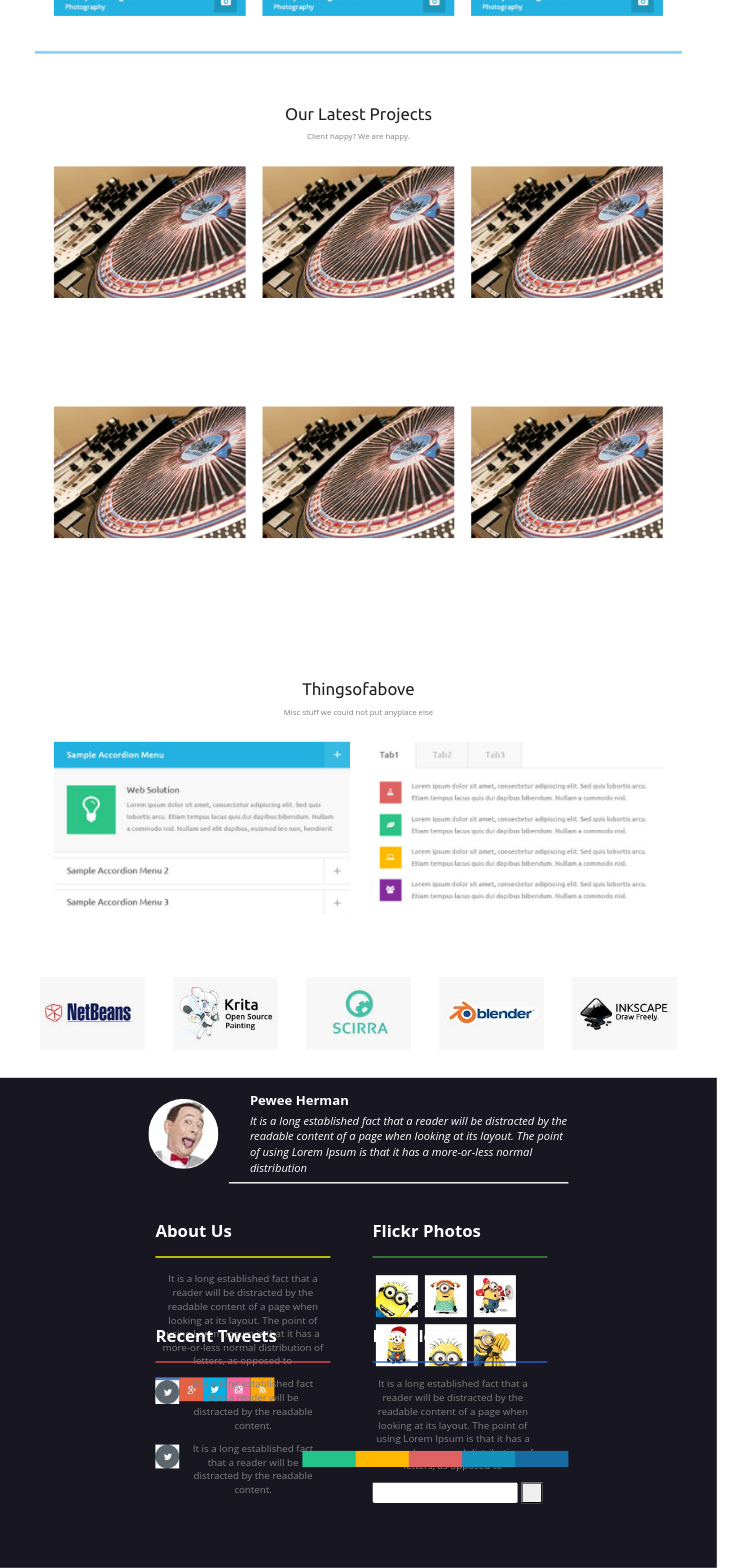
Repository: RenataDzotova/Metrolics-Renata-Beyonce
Page: index.html
An editor plug-in stored every save of this project. The page is shown before and after the next save, followed by the edit.
The browser window is 1024 px wide. The page is 1062 px wide, so the pictures cover 1062 px, including what lies to the right of the window. The pictures show the part of the page from y = 1634 to 3874 px (the page is 3874 px tall), at 70% of full size.
Some web fonts or font styles are not loaded; a fallback is used.

Above is the page before, as saved 2022-02-02 18:01:22.

### index.html
<!doctype html>
<html class="no-js" lang="">

<head>
  <meta charset="utf-8">
  <title>Metrolics</title>
  <meta name="description" content="">
  <meta name="viewport" content="width=device-width, initial-scale=1">

  <meta property="og:title" content="">
  <meta property="og:type" content="">
  <meta property="og:url" content="">
  <meta property="og:image" content="">

  <link rel="manifest" href="site.webmanifest">
  <link rel="apple-touch-icon" href="icon.png">
  <!-- Place favicon.ico in the root directory -->

  <link rel="preconnect" href="https://fonts.googleapis.com">
  <link rel="preconnect" href="https://fonts.gstatic.com" crossorigin>
  <link href="https://fonts.googleapis.com/css2?family=Chewy&family=Gluten:wght@600&family=Ubuntu:wght@300;400&display=swap" rel="stylesheet">
  <link rel="stylesheet" href="css/normalize.css">
  <link rel="stylesheet" href="css/main.css">
  <link rel="stylesheet" href="css/renata.css">

  <meta name="theme-color" content="#fafafa">
</head>

<body>

    <div class = "header">
        <div class = "navBar">
            <div class = "logo"> <img src = "photos/logo.jpg" alt = "logo"> </div>
            <div class="home"><img src="https://img.icons8.com/material-rounded/38/ffffff/home-page.png"/>Home</div>
            <div class="pages"><img src="https://img.icons8.com/windows/38/ffffff/code-fork--v1.png"/>Pages</div>
            <div class="blog"><img src="https://img.icons8.com/windows/38/ffffff/megaphone.png"/>Blog</div>
            <div class="portfolio"><img src="https://img.icons8.com/windows/38/ffffff/suitcase.png"/>Portfolio</div>
            <div class="contact"><img src="https://img.icons8.com/windows/38/ffffff/secured-letter--v1.png"/>Home</div>
        </div>
        <div class = "minions">
            <div class = "minions-div"><img src = "photos/Screen Shot 2022-01-25 at 2.02.28 PM.png" alt = "minion picture"></div>

        </div>
        <div class = "arrowOne"></div>
                <div class = "three-items">
                    <div class = "first-item">Metro Style</div>
                    <div class = "second-item">Retina Ready</div>
                    <div class = "third-item">Responsive Design</div>
                </div>
        <div class = "arrowTwo"></div>
    </div>


    <div class="MainContent">
        <div class= "page__intro">
            <div class="row">
                <h1 class="heading">
                    Hey guys! This is the Metrolics theme. It sports a responsive layout with a mobile layout.
                </h1>
            </div>
        </div>

        <section class="about">
            <div class="row l-col-4">
                    <div class="column span-full">
                        <h2 class="heading">
                            Things That We Do
                        </h2>
                        <p>Ask us what we can do for you</p>
                    </div>
                    <div class="column">
                        <figure class="project">
                            <img class="imgs" src="img/Bulb.png">
                            <h3 class="heading">Web Solutions</h3>
                            <p>We are a fairly small, flexible design studio that designs for print and web. We work flexibly with clients to fulfil their design needs. Whether you need to create a brand from scratch, including marketing materials and a beautiful and functional website or whether you are looking for a design refresh we are confident you will be pleased with the results.</p>
                        </figure>
                    </div>
                    <div class="column">
                        <figure class="project">
                            <img class="imgs" src="img/Pic.png">
                            <h3 class="heading">Photography</h3>
                            <p>We are a fairly small, flexible design studio that designs for print and web. We work flexibly with clients to fulfil their design needs. Whether you need to create a brand from scratch, including marketing materials and a beautiful and functional website or whether you are looking for a design refresh we are confident you will be pleased with the results.</p>
                        </figure>
                    </div>
                    <div class="column">
                        <figure class="project">
                            <img class="imgs" src="img/Gear.png">
                            <h3 class="heading">Web Developement</h3>
                            <p>We are a fairly small, flexible design studio that designs for print and web. We work flexibly with clients to fulfil their design needs. Whether you need to create a brand from scratch, including marketing materials and a beautiful and functional website or whether you are looking for a design refresh we are confident you will be pleased with the results.</p>
                        </figure>
                    </div>
                    <div class="column">
                        <figure class="project">
                            <img class="imgs" src="img/Pencil.png">
                            <h3 class="heading">Web Design</h3>
                            <p>We are a fairly small, flexible design studio that designs for print and web. We work flexibly with clients to fulfil their design needs. Whether you need to create a brand from scratch, including marketing materials and a beautiful and functional website or whether you are looking for a design refresh we are confident you will be pleased with the results.</p>
                        </figure>
                    </div>
                </div>
        </section>

        <section class="projects--new">
            <div class="row m-col-2 l-col-3">
                <div class="column span-full">
                    <h2 class="heading">
                        What's Up Lately?
                    </h2>
                    <p>Read up on our latest work<p>
                </div>
                <div class="column special-project">
                    <figure class="project">
                        <img src="img/Image-More.png" alt="Sample Image Post">
                    </figure>
                </div>
                <div class="column">
                    <figure class="project">
                        <img src="img/Image-More.png" alt="Sample Image Post">
                    </figure>
                </div>
                <div class="column">
                    <figure class="project">
                        <img src="img/Image-More.png" alt="Sample Image Post">
                    </figure>
                </div>
            </div>
        </section>
        <hr>
        <section class="projects">
            <div class="row m-col-2 l-col-3">
                <div class="column span-full">
                    <h2 class="heading">
                        Our Latest Projects
                    </h2>
                    <p>Client happy? We are happy.</p>
                </div>
                <div class="column">
                    <figure class="project">
                        <img src="img/Image.png" alt="Sample Image Post">
                        <div class="text"> <h4>Sample Image Post</h4> <h5>Photography</h5></div>
                        <div class="textimg"><img src="img/box.png"></div>
                    </figure>
                </div>
                <div class="column">
                    <figure class="project">
                        <img src="img/Image.png" alt="Sample Image Post">
                        <div class="text"> <h4>Sample Image Post</h4> <h5>Photography</h5></div>
                        <div class="textimg"><img src="img/box.png"></div>
                    </figure>
                </div>
                <div class="column">
                    <figure class="project">
                        <img src="img/Image.png" alt="Sample Image Post">
                        <div class="text"> <h4>Sample Image Post</h4> <h5>Photography</h5></div>
                        <div class="textimg"><img src="img/box.png"></div>
                    </figure>
                </div>
                <div class="column">
                    <figure class="project">
                        <img src="img/Image.png" alt="Sample Image Post">
                        <div class="text"> <h4>Sample Image Post</h4> <h5>Photography</h5></div>
                        <div class="textimg"><img src="img/box.png"></div>
                    </figure>
                </div>
                <div class="column">
                    <figure class="project">
                        <img src="img/Image.png" alt="Sample Image Post">
                        <div class="text"> <h4>Sample Image Post</h4> <h5>Photography</h5></div>
                        <div class="textimg"><img src="img/box.png"></div>
                    </figure>
                </div>
                <div class="column">
                    <figure class="project">
                        <img src="img/Image.png" alt="Sample Image Post">
                        <div class="text"> <h4>Sample Image Post</h4> <h5>Photography</h5></div>
                        <div class="textimg"><img src="img/box.png"></div>
                    </figure>
                </div>
            </div>
        </section>

        <section class="thingsofabove .s-hide">
            <div class="row l-col-2">
                <div class="column span-full">
                    <h2 class="heading">
                        Thingsofabove
                    </h2>
                    <p>Misc stuff we could not put anyplace else</p>
                </div>
                <div class="column">
                    <figure class="project">
                        <img src="img/Acordian.png" alt="Sample Image Post">
                    </figure>
                </div>
                <div class="column">
                    <figure class="project">
                        <img src="img/Tabs.png" alt="Sample Image Post">
                    </figure>
                </div>
            </div>
        </section>
  </div>

  <div class = "footer">
    <div class = "partners-logos">
        <div><img src = "photos/Client.jpg" alt = "partners"></div>
        <div><img src = "photos/krita.jpg" alt = "partners"></div>
        <div><img src = "photos/Scirra.jpg" alt = "partners"></div>
        <div><img src = "photos/blender.jpg" alt = "partners"></div>
        <div><img src = "photos/inkscape.jpg" alt = "partners"></div>
    </div>
    <div class = "footer-black">
        <div class = "footerBlack_content">
                <div class = "PeweeHerman">
                    <div class = "photo"><img src = "photos/portrait.jpg" alt = "photo"></div>
                    <div class = "text">
                        <h3>Pewee Herman</h3>
                        <i>It is a long established fact that a reader will be distracted by the readable content of a page when looking at its layout. The point of using Lorem Ipsum is that it has a more-or-less normal distribution </i>
                    </div>
                </div>
                <div class = "info-blocks">
                    <div class = "blockOne">
                        <div class = "textAbout"><h2>About Us</h2></div>
                        <p>It is a long established fact that a reader will be distracted by the readable content of a page when looking at its layout. The point of using Lorem Ipsum is that it has a more-or-less normal distribution of letters, as opposed to</p>
                        <div class = "social-media-icons">
                            <img src = "photos/btn-facebook.jpg" alt = "icon">
                            <img src = "photos/btn-google+.jpg" alt = "icon">
                            <img src = "photos/btn-twitter.jpg" alt = "icon">
                            <img src = "photos/btn-instagram.jpg" alt = "icon">
                            <img src = "photos/btn-rss.jpg" alt = "icon">
                        </div>
                    </div>
                    <div class = "blockTwo">
                        <div class = "textPhotos"><h2>Flickr Photos</h2></div>
                            <div class = "minion-pictures">
                                <img src = "photos/minion1.jpg" alt = "minion">
                                <img src = "photos/minion2.jpg" alt = "minion">
                                <img src = "photos/minion3.jpg" alt = "minion">
                                <img src = "photos/minion4.jpg" alt = "minion">
                                <img src = "photos/minion5.jpg" alt = "minion">
                                <img src = "photos/minion6.jpg" alt = "minion">
                            </div>
                    </div>
                    <div class = "blockThree">
                        <div class = "textTweets"><h2>Recent Tweets</h2></div>
                        <div class = "tweets">
                            <img src = "photos/icon-tweet.jpg" alt = "twitter-logo">
                            <p>It is a long established fact that a reader will be distracted by the readable content.</p>
                        </div>
                        <div class = "tweets">
                            <img src = "photos/icon-tweet.jpg" alt = "twitter-logo">
                            <p>It is a long established fact that a reader will be distracted by the readable content.</p>
                        </div>
                    </div>
                    <div class = "blockFour">
                        <div class = "textForm"><h2>Newsletter</h2></div>
                        <p>It is a long established fact that a reader will be distracted by the readable content of a page when looking at its layout. The point of using Lorem Ipsum is that it has a more-or-less normal distribution of letters, as opposed to</p>
                        <div class = "form">
                            <input type="email" id="email" name="email">
                            <button type="button"></button>
                        </div>
                    </div>

                </div>
                <div class = "colorfulThing">
                    <div><img src = "photos/coloured bars.jpg" alt = "blocks"></div>
                </div>
        </div>
</div>





  <script src="js/vendor/modernizr-3.11.2.min.js"></script>
  <script src="js/plugins.js"></script>
  <script src="js/main.js"></script>

  <!-- Google Analytics: change UA-XXXXX-Y to be your site's ID. -->
  <script>
    window.ga = function () { ga.q.push(arguments) }; ga.q = []; ga.l = +new Date;
    ga('create', 'UA-XXXXX-Y', 'auto'); ga('set', 'anonymizeIp', true); ga('set', 'transport', 'beacon'); ga('send', 'pageview')
  </script>
  <script src="https://www.google-analytics.com/analytics.js" async></script>
</body>

</html>

### css/renata.css
/* /////////////    THIS IS THE HEADER    ///////////// */

.header{
    display:flex;
    justify-content: center;
    align-items: center;
    flex-direction: column;
  }






  /* ////////////   NAVBAR    */
  .navBar{
    display: flex;
    flex-direction: row;
    justify-content: center;
    align-items: center;
    width: 1000px;
  }


  /* //////  nav bar icons and img /////// */
  .navBar .logo{
    margin: 0 40px 0 0;
  }

  .home img, .pages img, .blog img, .portfolio img, .contact img{
    width: 30px;
}

  .navBar .home{
    background-color: rgb(71, 148, 71);
    width: 100px;
    height: 100px;
    color: white;
    display: flex;
    flex-direction: column;
    justify-content: center;
    align-items: center;
  }

  .navBar .pages{
    background-color: rgb(236, 226, 77);
    width: 100px;
    height: 100px;
    color: white;
    display: flex;
    flex-direction: column;
    justify-content: center;
    align-items: center
  }

  .navBar .blog{
    background-color: rgb(236, 76, 76);
    width: 100px;
    height: 100px;
    color: white;
    display: flex;
    flex-direction: column;
    justify-content: center;
    align-items: center
  }

  .navBar .portfolio{
    background-color: rgb(99, 205, 212);
    width: 100px;
    height: 100px;
    color: white;
    display: flex;
    flex-direction: column;
    justify-content: center;
    align-items: center
  }

  .navBar .contact{
    background-color: rgb(34, 97, 214);
    width: 100px;
    height: 100px;
    color: white;
    display: flex;
    flex-direction: column;
    justify-content: center;
    align-items: center
  }






  /* //////  minion picture section  /////// */
  .minions{
    background-color: rgb(187, 187, 187);
    width: 100%;
    display: flex;
    justify-content: center;
    align-items:center;
    flex-direction: column;
  }

  .minions img{
      width: 1100px;
  }



  /* /////   text and arrows on minion picture  /////// */
  .first-item, .second-item, .third-item{
    background-color: lightgray;
    opacity: 50%;
    width: 170px;
    height: 35px;
    margin: 2px;
    top: -280px;
    left: -300px;
    padding-left: 10px;

  }

  .minions .three-items p{
    opacity: 100%;
  }

  .first-item{
    border-left:rgb(34, 97, 214) 5px solid;
    position: relative;
  }
  .second-item{
    border-left:rgb(236, 76, 76) 5px solid;
    position: relative;
  }
  .third-item{
    border-left:rgb(236, 226, 77)5px solid;
    position: relative;
  }









/* //////////////  logo pictures above footer ////////// */
  .partners-logos{
    display: flex;
    flex-direction: row;
    align-items: center;
    justify-content: center;
  }

  .partners-logos img{
    margin: 40px 20px 40px 20px;
    width: 150px;
  }







  /* ///////////     FOOTER      /////////  */

  .footer-black{
    background-color: rgb(24, 22, 32);
    display: flex;
    flex-direction: column;
    align-items: center;
    justify-content: center;
    height: 530px;
  }

  .footerBlack_content{
    width: 1000px;
    height: 450px;
    margin: 0px;
  }





  /* ////////// Pewee Herman Section ////////// */
  .PeweeHerman{
    display: flex;
    flex-direction: row;
    width: 1000px;
  }

  .PeweeHerman img{
    border-radius: 50%;
    margin: 30px 15px 20px 0;
    width: 100px;
  }

  .PeweeHerman .text{
    color: white;
    padding-bottom: 10px;
    margin-bottom: 20px;
    padding-left: 30px;
  }




  /* ////////// information blocks ////////// */

  .info-blocks h3{
    margin-bottom: 30px;
  }

  .text > h3{
    margin-bottom: 5px;
  }

  .info-blocks{
    display: flex;
    flex-direction: row;
    align-content: flex-start;
    width: 1000px;
  }

  .info-blocks p{
    font-size: 14px;
    margin-top: 0;
    padding-right: 20px;
  }

  .info-blocks div{
    width: 250px;
  }





  /* ///////  block one  ////// */
  .info-blocks .blockOne{
    display: flex;
    flex-direction: column;
    color:  white;
    width: 25%;
  }

  .info-blocks .social-media-icons{
    display: flex;
    flex-direction: row;
    width: 160px;
  }

  .textAbout{
    border-bottom: yellow 2px solid;
    margin-bottom: 20px;
  }





  /* ////// block two  //////// */
  .info-blocks .blockTwo{
    display: flex;
    flex-direction: column;
    color:  white;
    width: 25%;
  }

  .blockTwo .minion-pictures{
    display: flex;
    flex-direction: row;
    flex-wrap: wrap;
    width: 250px;
    height: 100px;
  }

  .blockTwo .minion-pictures>img{
    margin: 5px;
    width: 60px;
    height: 60px;
  }

  .textPhotos{
    border-bottom: rgb(71, 148, 71) 2px solid;
    margin-bottom: 20px;
  }





  /* ///////// block three  ///////// */
  .info-blocks .blockThree{
    display: flex;
    flex-direction: column;
    color: white;
  }

  .blockThree .tweets{
    display: flex;
    flex-direction: row;
  }

  .blockThree .tweets img{
    width: 34px;
    height: 34px;
    margin: 5px 15px 0 0;
  }

  .blockThree .tweets p{
    margin-top: 0px;
  }

  .textTweets{
    border-bottom: rgb(236, 76, 76) 2px solid;
    margin-bottom: 20px;
  }





  /* //////   block four   ///////// */
  .info-blocks .blockFour{
    display: flex;
    flex-direction: column;
    color: white;
  }


  .blockFour input{
    width: 200px;
  }

  .blockFour button{
    width: 30px;
    height: 30px;
    border-radius: 0;
    margin-left: 5px;
  }
  .form{
    display: flex;
    justify-content: flex-start;
  }

  .text{
    border-bottom: white 2px solid;
  }

  .textForm{
    border-bottom: rgb(34, 97, 214) 2px solid;
    margin-bottom: 20px;
  }





/* /////////////  colorful thing on the bottom  //////// */

  .colorfulThing{
    display: flex;
    justify-content: flex-end;
    margin-top: 40px;
  }





  /* //////////////// media queries //////////// */

  @media screen and (max-width: 74.9375em) {
    .footerBlack_content{
        width: 600px;
        height: 1000px;
    }

    .footer-black{
        height: 700px;
    }

    .PeweeHerman{
        width: 600px;
    }

    .info-blocks{
        display: grid;
        grid-template-columns: auto auto;
        grid-template-rows: 150px 150px;
        width: 600px;
        grid-gap: 10px, 50px;
        padding: 10px;
    }

    .blockOne p{
        width: 250px;
    }

    /* .info-blocks{
        display: flex;
        flex-direction: row;
        align-content: flex-start;
        width: 600px;
    } */


}

Loaded but not shown: css/normalize.css (library); js/vendor/modernizr-3.11.2.min.js (library); js/plugins.js (24 lines, source omitted); css/main.css (460 lines, source omitted); js/main.js (no stored copy; drawn as an empty file)

After the next save:
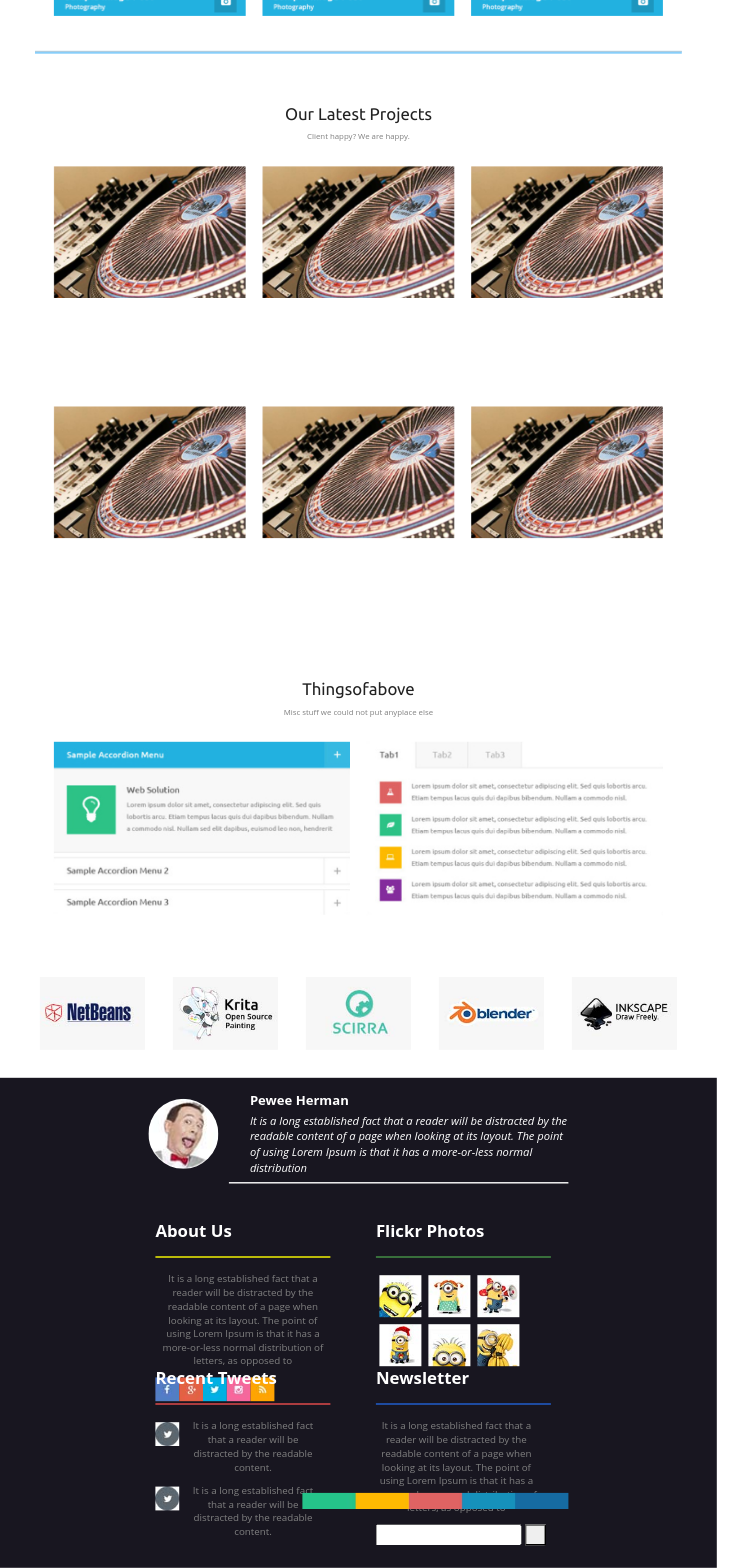
Saved 54 s later.
--- a/css/renata.css
+++ b/css/renata.css
@@ -393,7 +393,7 @@
         grid-template-columns: auto auto;
         grid-template-rows: 150px 150px;
         width: 600px;
-        grid-gap: 10px, 50px;
+        grid-gap: 60px 10px;
         padding: 10px;
     }
 
